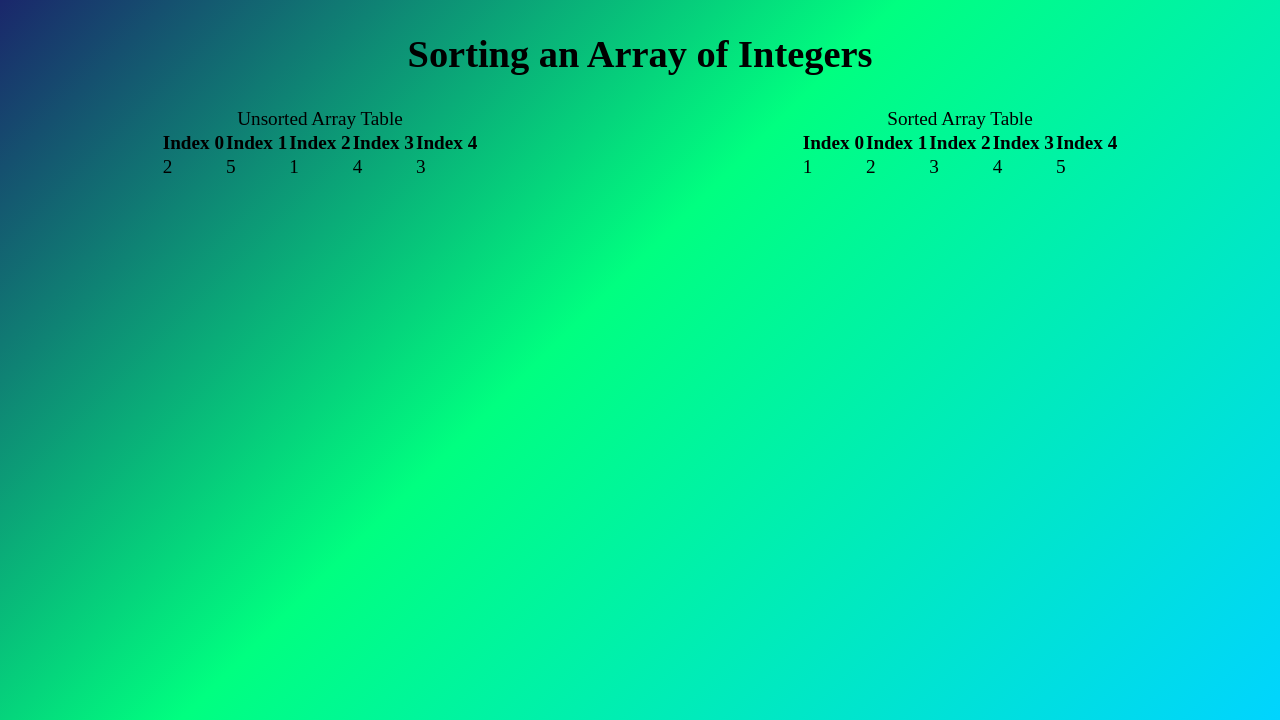
Repository: mlmEFSC21/P16-Sorting-Integers
Page: sort.html
The author's editor kept a copy of each file at every save. The page is drawn from the files as they stood at one save, then again after the next save.
The browser window is 1280 px wide. The pictures show the whole page.

Above is the page before, as saved 2022-03-24 18:19:11.

### sort.html
<!DOCTYPE html>
<html lang="en">
    <head>
        <meta charset="UTF-8" />
        <meta http-equiv="X-UA-Compatible" content="IE=edge" />
        <meta name="viewport" content="width=device-width, initial-scale=1.0" />
        <link rel="stylesheet" href="sort.css" />
        <!-- <script defer src="sort.js"></script> -->
        <title>Array Sorting</title>
    </head>
    <body>
        <header class="mainHeader">
            <h1>Sorting an Array of Integers</h1>
        </header>
        <section>
            <div class="arrayContainer" id="arrayContainer">
                <!-- <h2 class="unsorted" id="unsorted">Array 1</h2>
                <h2 class="sorted" id="sorted">Array 2</h2> -->
                <table class="unsortedTable" id="unsortedTable">
                    <caption>
                        Unsorted Array Table
                    </caption>
                    <thead>
                        <th>Index 0</th>
                        <th>Index 1</th>
                        <th>Index 2</th>
                        <th>Index 3</th>
                        <th>Index 4</th>
                    </thead>
                    <tbody>
                        <tr>
                            <td>2</td>
                            <td>5</td>
                            <td>1</td>
                            <td>4</td>
                            <td>3</td>
                        </tr>
                    </tbody>
                </table>
                <table class="sortedTable" id="sortedTable">
                    <caption>
                        Sorted Array Table
                    </caption>
                    <thead>
                        <th>Index 0</th>
                        <th>Index 1</th>
                        <th>Index 2</th>
                        <th>Index 3</th>
                        <th>Index 4</th>
                    </thead>
                    <tbody>
                        <tr>
                            <td>1</td>
                            <td>2</td>
                            <td>3</td>
                            <td>4</td>
                            <td>5</td>
                        </tr>
                    </tbody>
                </table>
            </div>
        </section>
    </body>
</html>

### sort.css
:root {
    --clr-background: #00ff8f;
    --clr-primary: #00f0ff;
    --clr-secondary: #00ff0f;
}
*,
*::after,
*::before {
    box-sizing: border-box;
    margin: 0;
    padding: 0;
}
body {
    font-size: larger;
    background-color: var(--clr-background);
    background-repeat: no-repeat;
    background-size: cover;
    background: linear-gradient(
        135deg,
        rgba(26, 39, 107, 1) 0%,
        rgba(0, 255, 128, 1) 45%,
        rgba(0, 212, 255, 1) 100%
    );
    height: 100vh;
}
.mainHeader {
    height: 15vh;
    display: flex;
    align-items: center;
    justify-content: center;
}
.arrayContainer {
    height: min(75vh, 640px);
    display: flex;
    align-items: flex-start;
    justify-content: space-around;
}

After the next save:
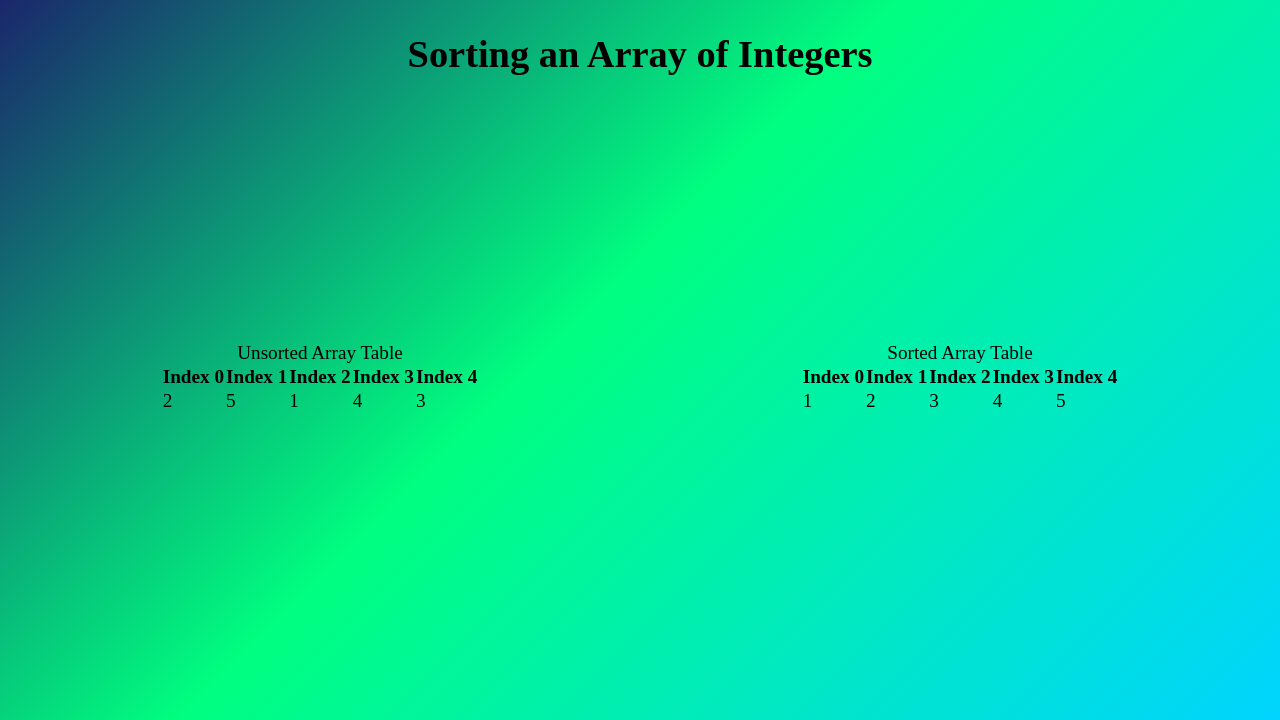
Saved 4 s later.
--- a/sort.css
+++ b/sort.css
@@ -32,6 +32,6 @@ body {
 .arrayContainer {
     height: min(75vh, 640px);
     display: flex;
-    align-items: flex-start;
+    align-items: center;
     justify-content: space-around;
 }
